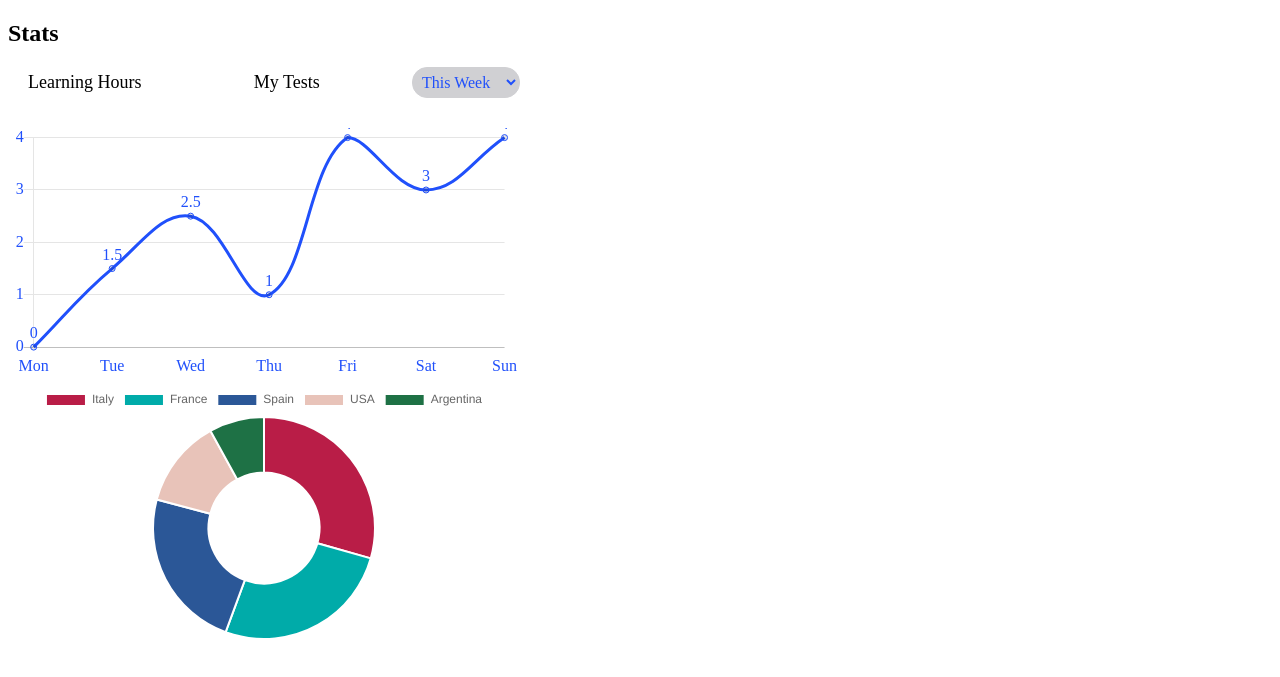
Repository: rafalzacher1/smartify-interface
Page: graphs/learning_graph.html
The author's editor kept a copy of each file at every save. The page is drawn from the files as they stood at one save, then again after the next save.
The browser window is 1280 px wide. The pictures show the whole page.
Some web fonts or font styles are not loaded; a fallback is used. Some web libraries are served in a nearby version.

Above is the page before, as saved 2022-06-30 01:08:25.

After the next save:
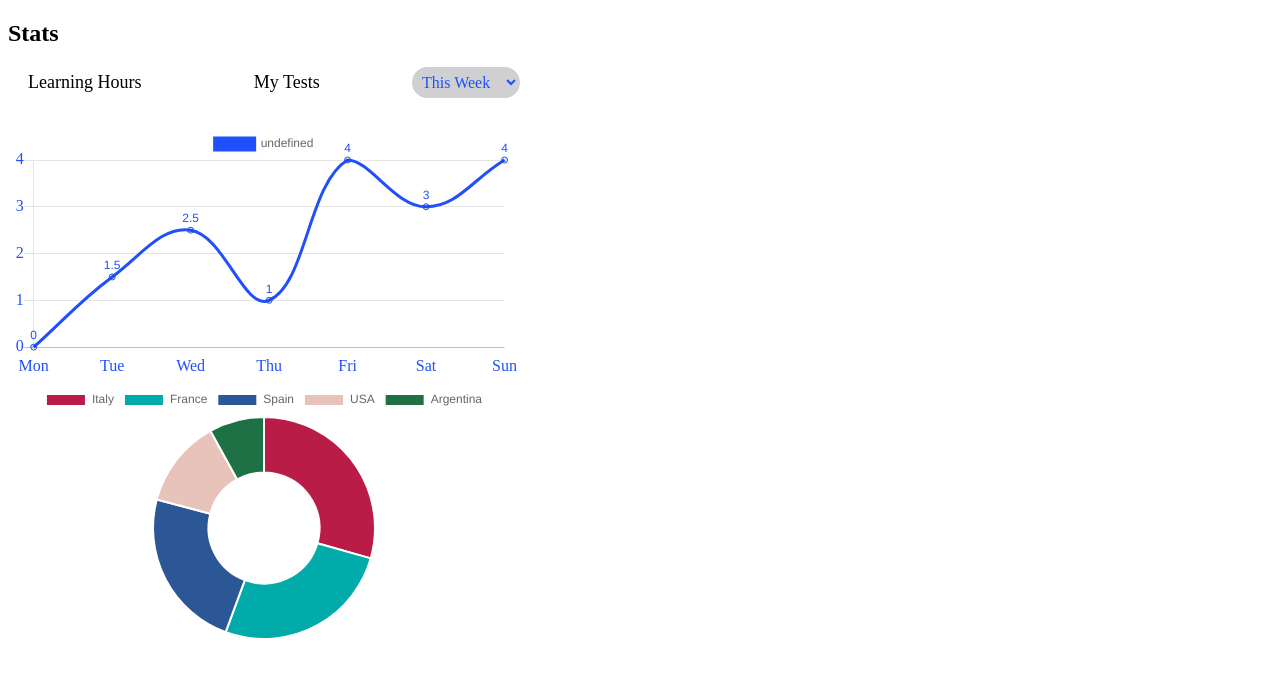
Saved 5 s later.
--- a/graphs/scripts/learningHours.js
+++ b/graphs/scripts/learningHours.js
@@ -9,7 +9,7 @@
 };
 // Options to display value on top of bars
 var learningOption = {
-    legend: { display: false },
+    // legend: { display: false },
     scales: {
         xAxes: [{
             ticks: {

After the save that followed:
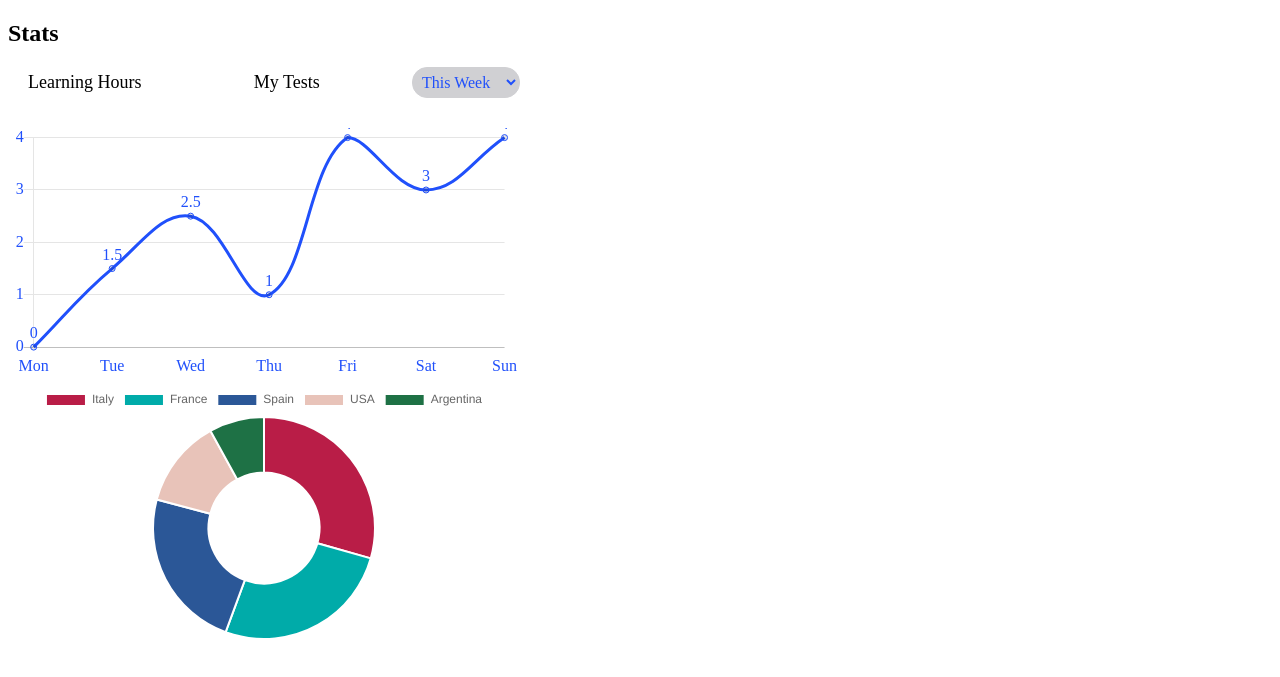
Saved 4 s later.
--- a/graphs/scripts/learningHours.js
+++ b/graphs/scripts/learningHours.js
@@ -9,7 +9,7 @@
 };
 // Options to display value on top of bars
 var learningOption = {
-    // legend: { display: false },
+    legend: { display: false },
     scales: {
         xAxes: [{
             ticks: {
